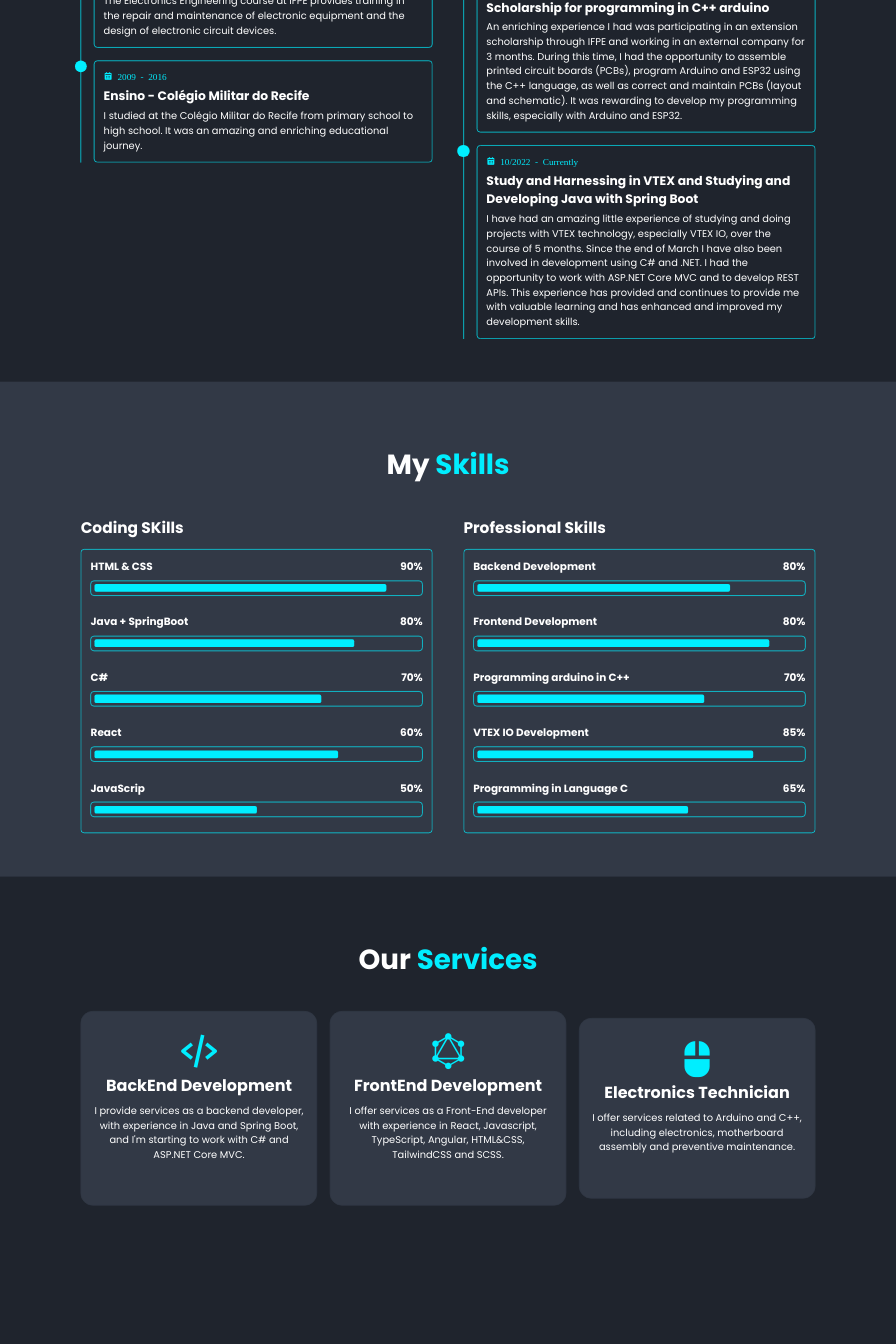
Repository: ThallysCezar/ThallysCezar.github.io
Page: index.html
These files come from the project's save history. The page is drawn as it stood at one moment and after the next save; the edit follows.
The browser window is 1280 px wide. The pictures show the part of the page from y = 1946 to 3866 px (the page is 5434 px tall before and 5408 px after), at 70% of full size.
A picture or video elsewhere on the page could not be fetched, so the positions and the page height are approximate.

Above is the page before, as saved 2023-10-19 09:16:43.

After the next save:
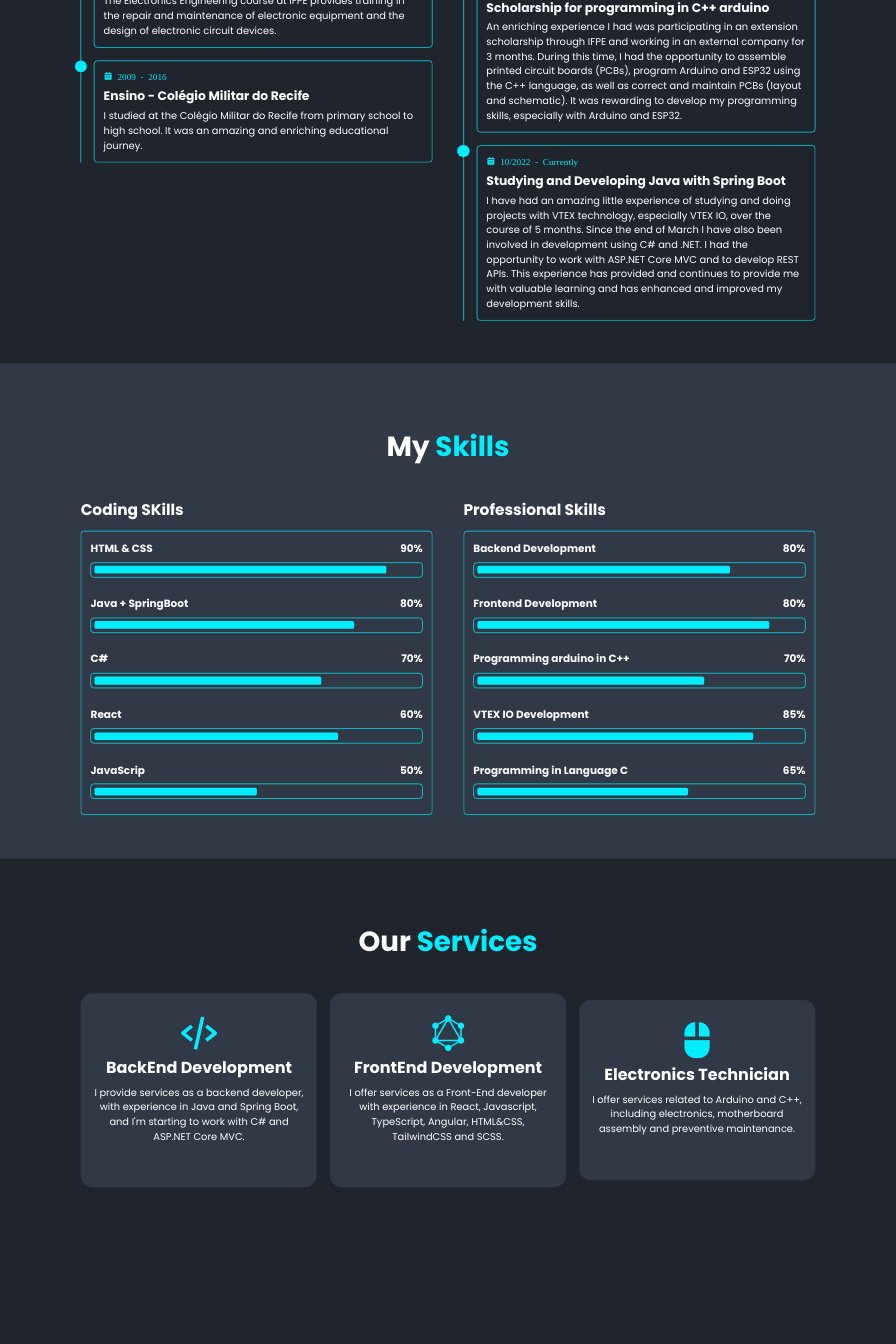
Saved 5 s later.
--- a/index.html
+++ b/index.html
@@ -191,7 +191,7 @@
                   <div class="year">
                     <i class="bx bxs-calendar"> 10/2022 - Currently</i>
                   </div>
-                  <h3>Study and Harnessing in VTEX and Studying and Developing Java with Spring Boot</h3>
+                  <h3>Studying and Developing Java with Spring Boot</h3>
                   <p>
                     I have had an amazing little experience of studying and doing
                     projects with VTEX technology, especially VTEX IO, over the
